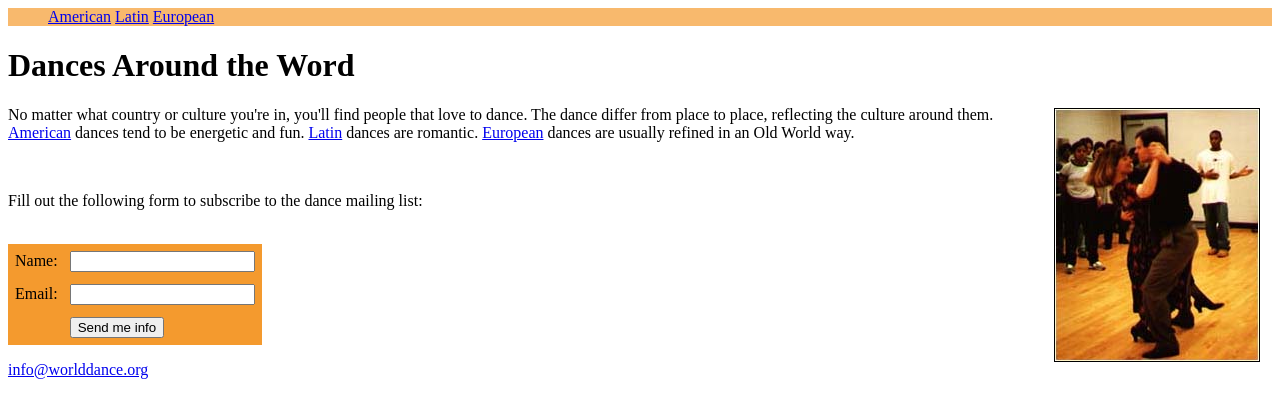
Repository: Helianthusss/Learn-CPP
Page: HTML/Lab-04/Dance/index.html
The author's editor kept a copy of each file at every save. The page is drawn from the files as they stood at one save, then again after the next save.
The browser window is 1280 px wide. The pictures show the whole page.

Above is the page before, as saved 2021-10-14 05:27:42.

### HTML/Lab-04/Dance/index.html
<html>
  <head>
    <title>World Dances</title>
    <link rel="stylesheet" type="text/css" href="index.css" />
  </head>
  <body>
    <div id="topnav">
      <ul id="navbar">
        <li><a href="American.html">American</a></li>
        <li><a href="Latin.html">Latin</a></li>
        <li><a href="European.html">European</a></li>
      </ul>
    </div>
    <div id="clear"></div>
    <h1>Dances Around the Word</h1>
    <img
      src="graphics/social.jpg"
      align="right"
      vspace="2"
      hspace="12"
      border="1"
    />
    <p>
      No matter what country or culture you're in, you'll find people that love
      to dance. The dance differ from place to place, reflecting the culture
      around them. <a href="American.html">American</a> dances tend to be
      energetic and fun. <a href="Latin.html">Latin</a> dances are romantic.
      <a href="European.html">European</a> dances are usually refined in an Old
      World way.
    </p>
    <br />
    <p>Fill out the following form to subscribe to the dance mailing list:</p>
    <br />

    <form method="post" action="index.html">
      <table width="20%" cellpadding="5" border="0">
        <tr>
          <td width="1%">Name:</td>
          <td width="49%"><input type="text" name="name" size="20" /></td>
        </tr>
        <tr>
          <td>Email:</td>
          <td><input type="text" name="email" size="20" /></td>
        </tr>
        <tr>
          <td></td>
          <td><input type="submit" value="Send me info" /></td>
        </tr>
      </table>
    </form>

    <p><a href="mailto:info@worlddance.org">info@worlddance.org</a></p>
  </body>
</html>

### HTML/Lab-04/Dance/index.css
li {
  display: inline;
}
#topnav {
  background-color: #f8b96d;
}
table {
  background-color: #f49a2e;
}

After the next save:
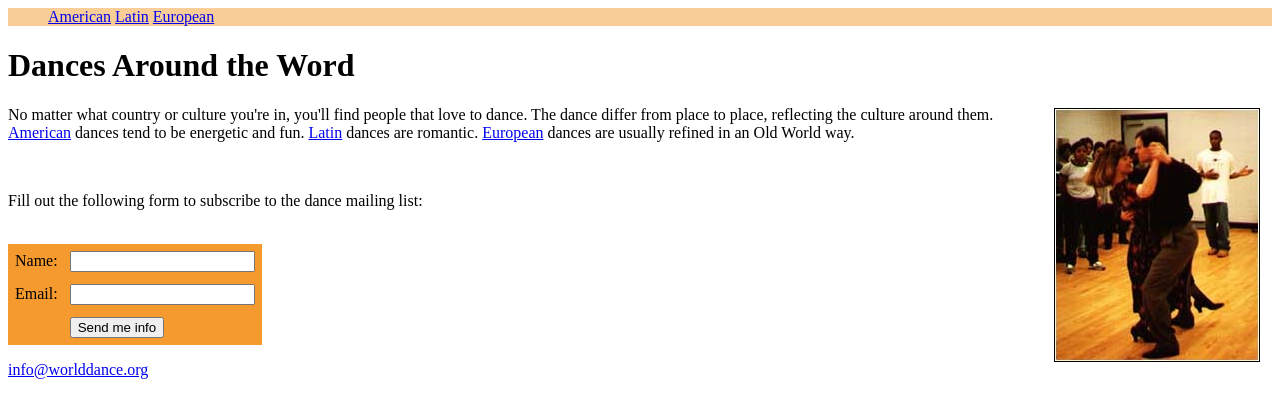
Saved 23 s later.
--- a/HTML/Lab-04/Dance/index.css
+++ b/HTML/Lab-04/Dance/index.css
@@ -2,7 +2,7 @@ li {
   display: inline;
 }
 #topnav {
-  background-color: #f8b96d;
+  background-color: #f9cd98;
 }
 table {
   background-color: #f49a2e;
